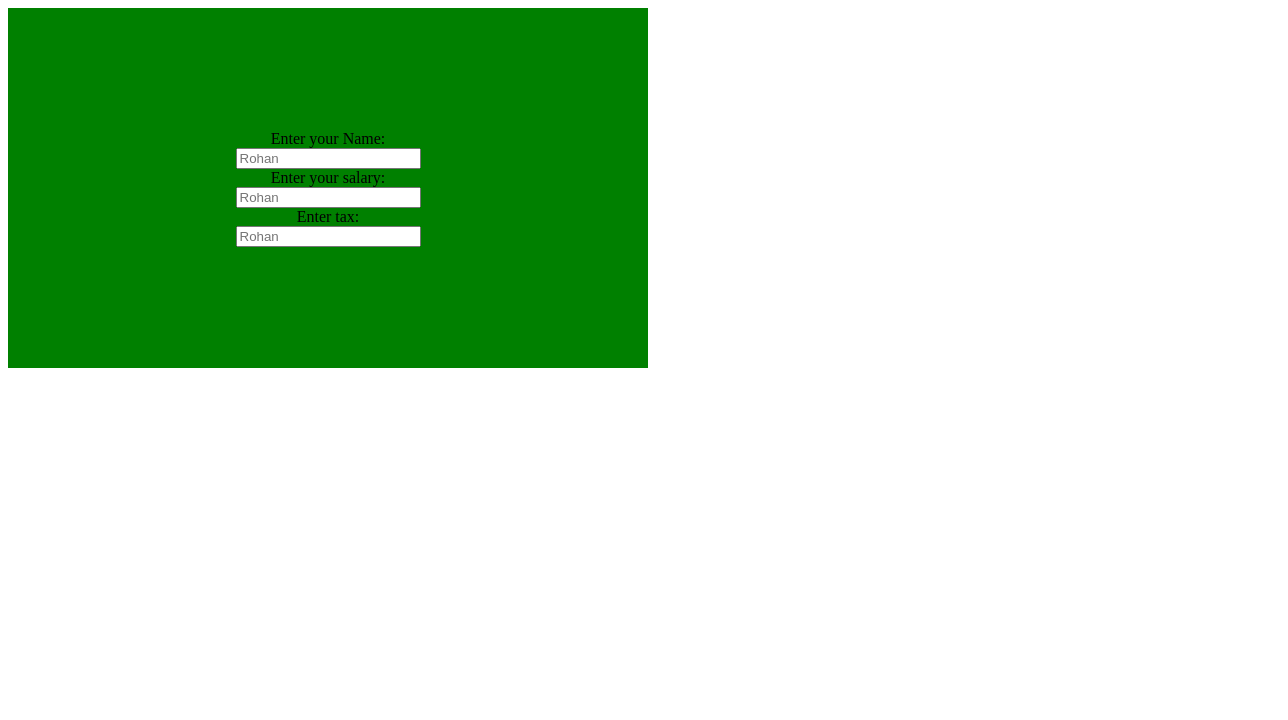
Repository: rohanaj2001/j2ee
Page: prog6/src/main/webapp/index.html
These files come from the project's save history. The page is drawn as it stood at one moment and after the next save; the edit follows.
The browser window is 1280 px wide. The page is 1280 px wide, then 1288 px, so the pictures cover 1288 px, including what lies to the right of the window. The pictures show the whole page.

Above is the page before, as saved 2023-05-25 17:26:24.

After the next save:
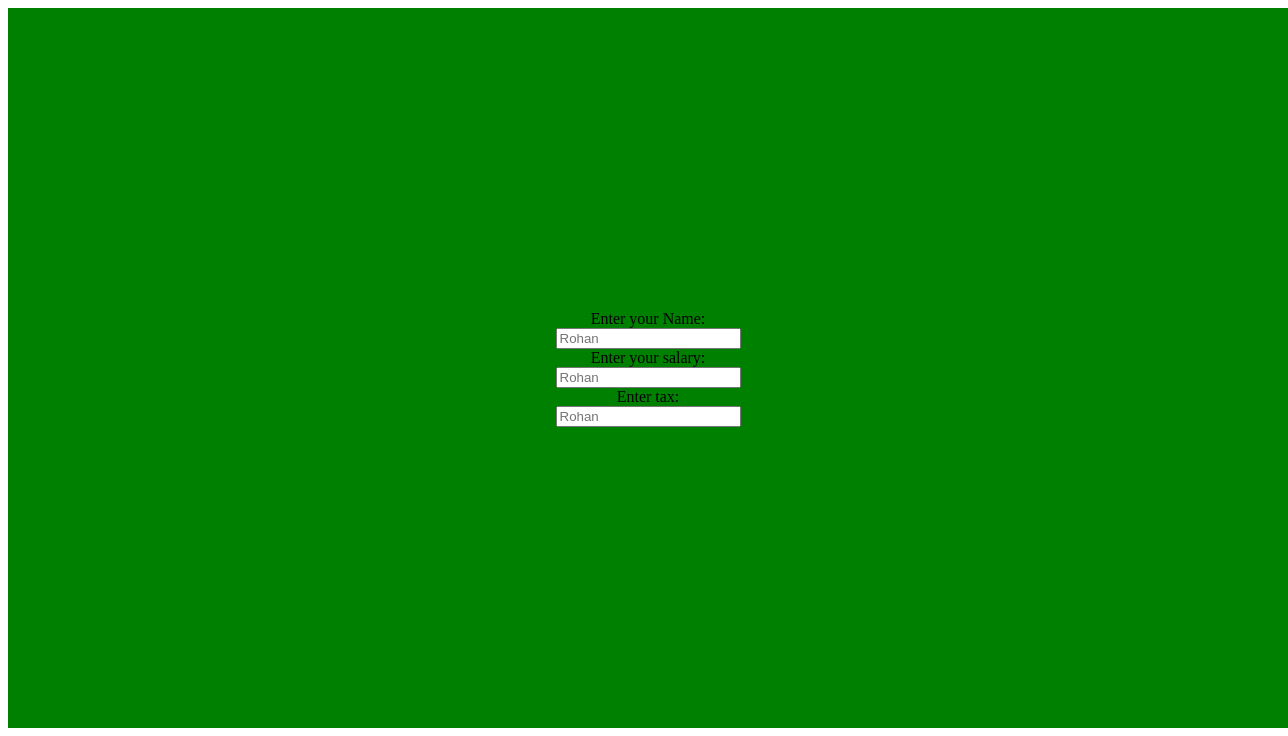
Saved 16 s later.
--- a/prog6/src/main/webapp/index.css
+++ b/prog6/src/main/webapp/index.css
@@ -2,8 +2,8 @@
 	display: flex;
 	flex-direction: column;
 	background-color: green;
-	height :50vh;
-	width :50vw;
+	height :100vh;
+	width :100vw;
 	justify-content: center;
 	align-items: center;
 
